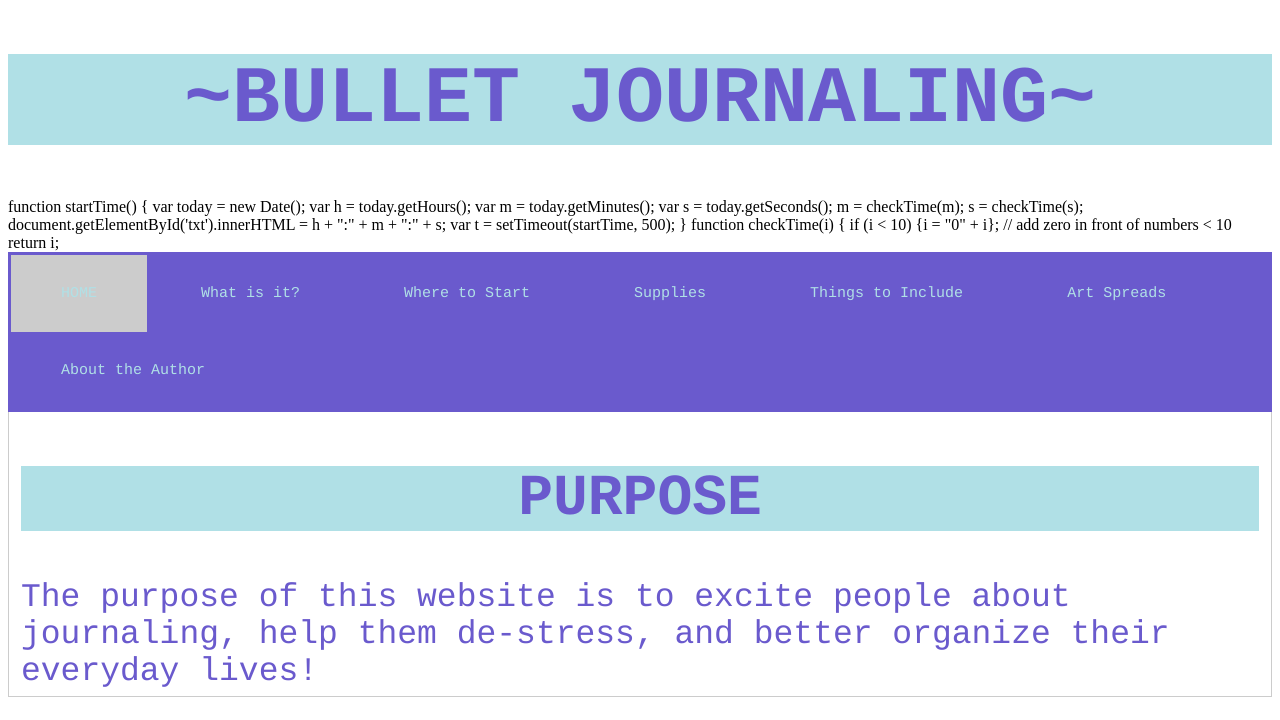
Repository: m-e-l-i-s-s-a/m-e-l-i-s-s-a.github.io
Page: journaling/index.html
The author's editor kept a record of every edit. The page is drawn from the files as they stood at one moment, then again after the next edit.
The browser window is 1280 px wide. The pictures show the whole page.

Above is the page before.

After the next edit:
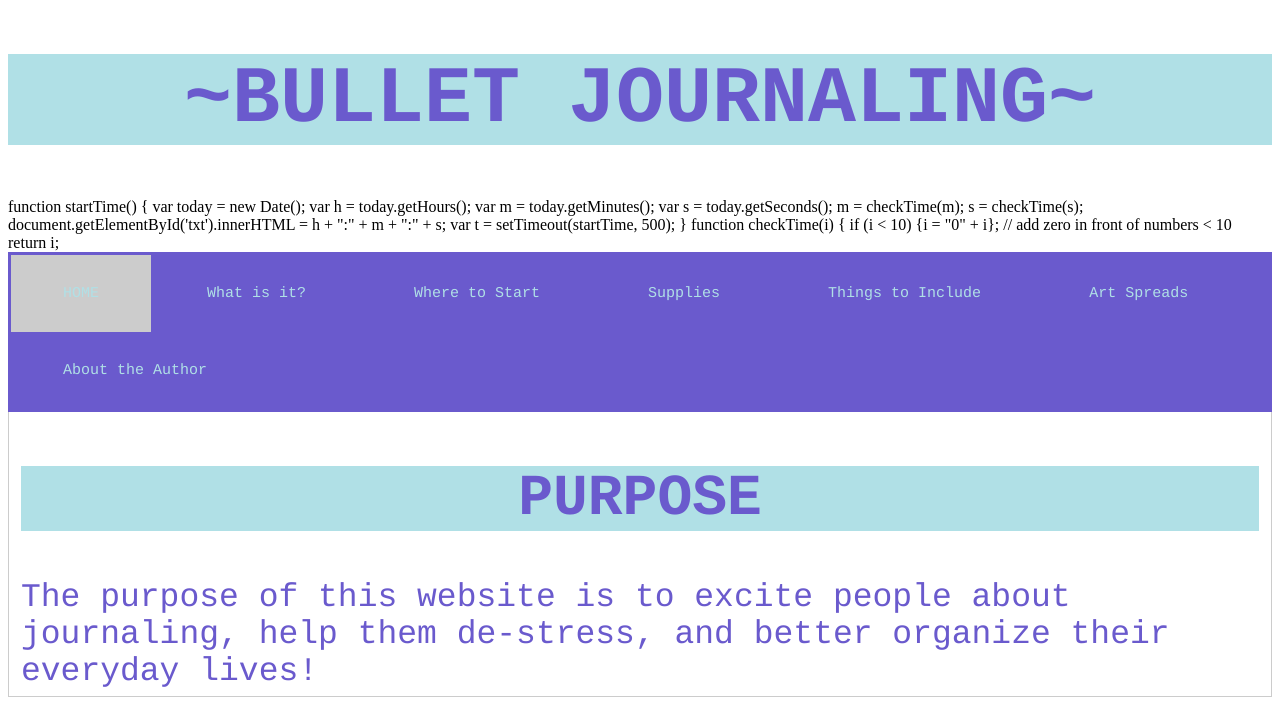
The edit:
--- a/journaling/journaling.css
+++ b/journaling/journaling.css
@@ -54,7 +54,7 @@
               outline: none;
               color: powderblue;
               cursor: pointer;
-              padding: 30px 50px;
+              padding: 30px 52px;
               transition: 0.3s;
               font-family: courier;
               font-size: 15px
